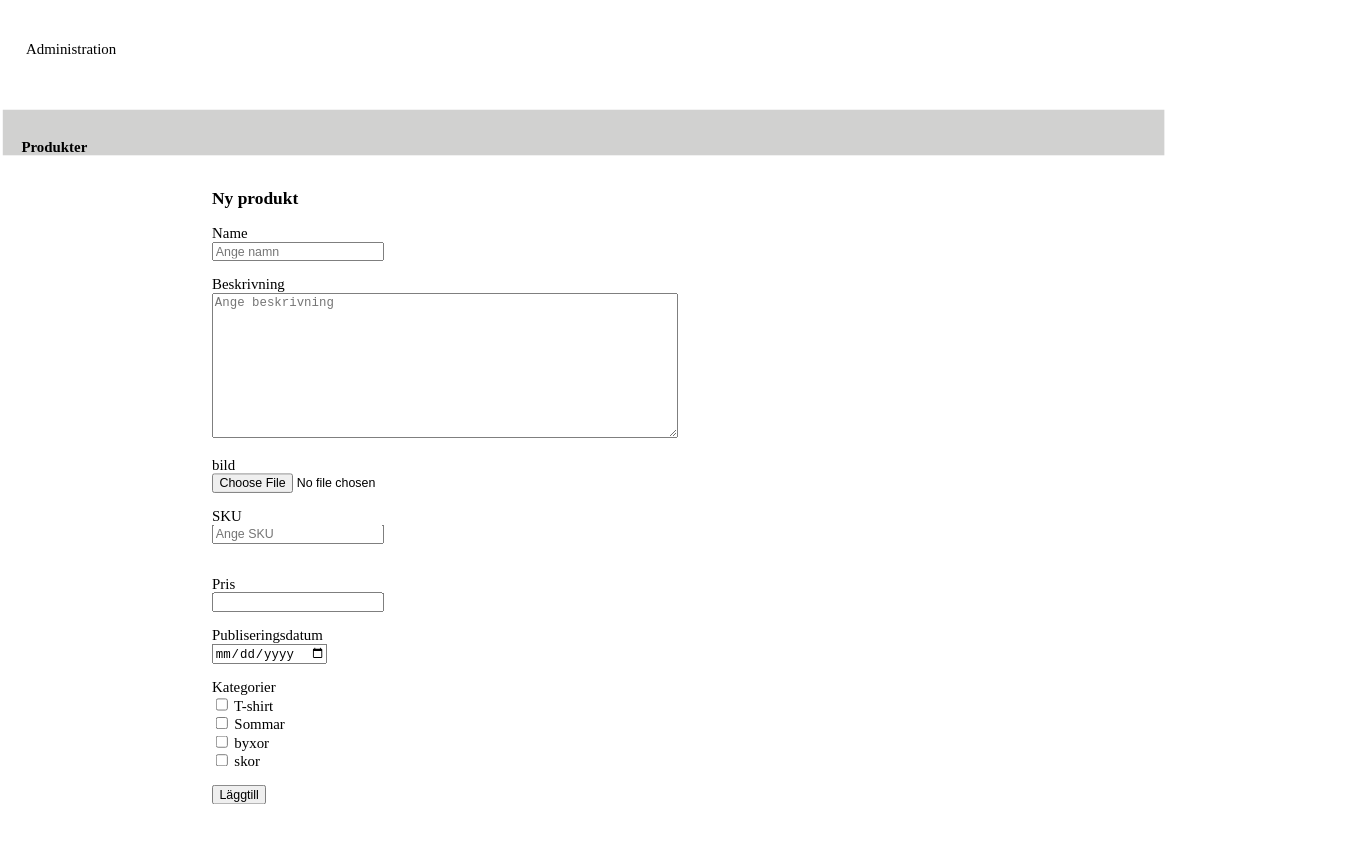
Repository: Kalle1995/project
Page: Nyproduckt.html
An editor plug-in stored every save of this project. The page is shown before and after the next save, followed by the edit.
The browser window is 1280 px wide. The page is 1452 px wide, then 1280 px, so the pictures cover 1452 px, including what lies to the right of the window. The pictures show the whole page, at 93% of full size.

Above is the page before, as saved 2024-10-06 20:59:05.

After the next save:
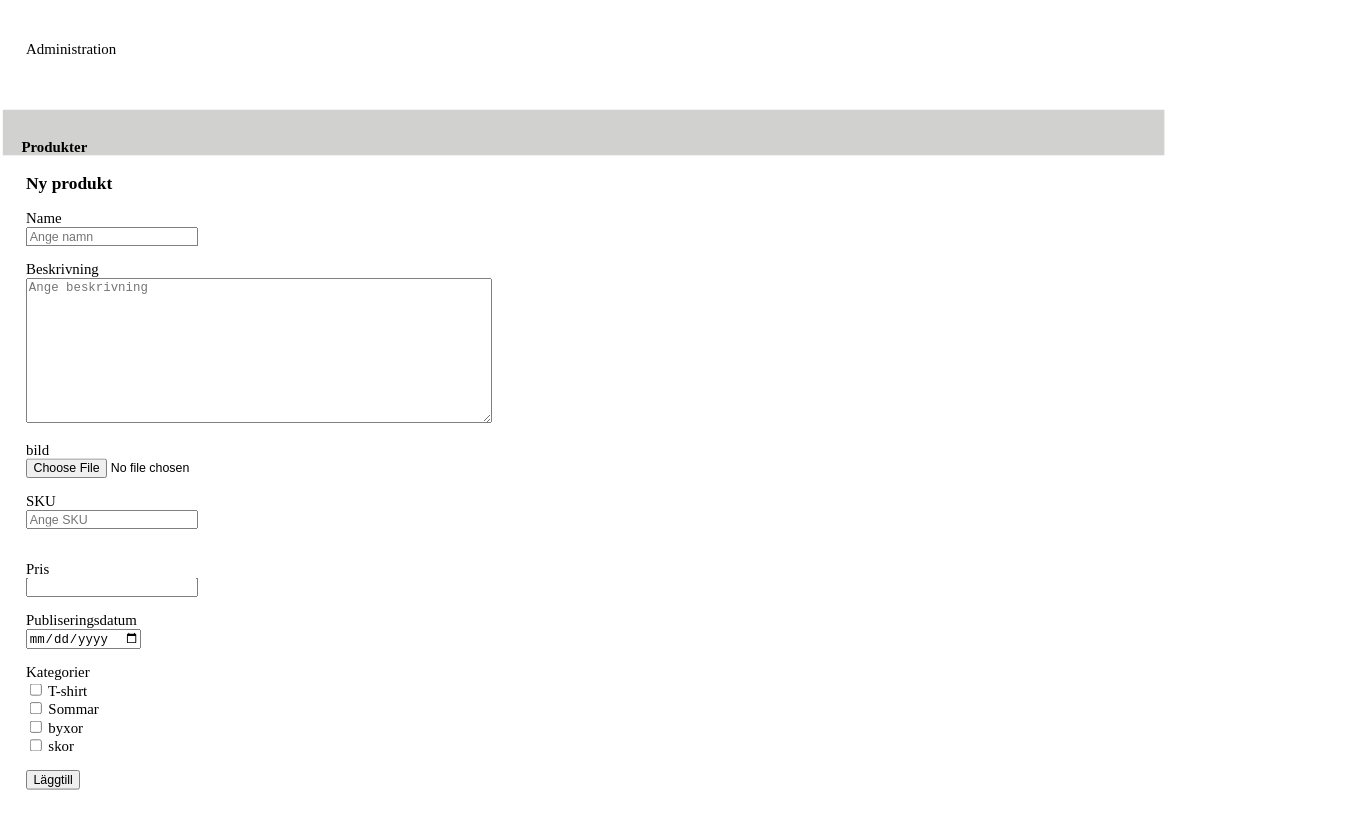
Saved 15 s later.
--- a/Nyproduckt.html
+++ b/Nyproduckt.html
@@ -20,13 +20,8 @@
             <p>Produkter</p>
         </aside>
 
-
-    </main>
-
-    <main>
-
-        <article class="AR">
-            <form action="#">
+        <section>
+            <form action="#"></form>
                 <h3>
                     Ny produkt
                 </h3>
@@ -76,7 +71,7 @@
                     <button name="läggTill" type="submit" value="">Läggtill</button>
                 </div>
             </form>
-        </article>
+        </section>
     </main>
 </body>
 </html>
